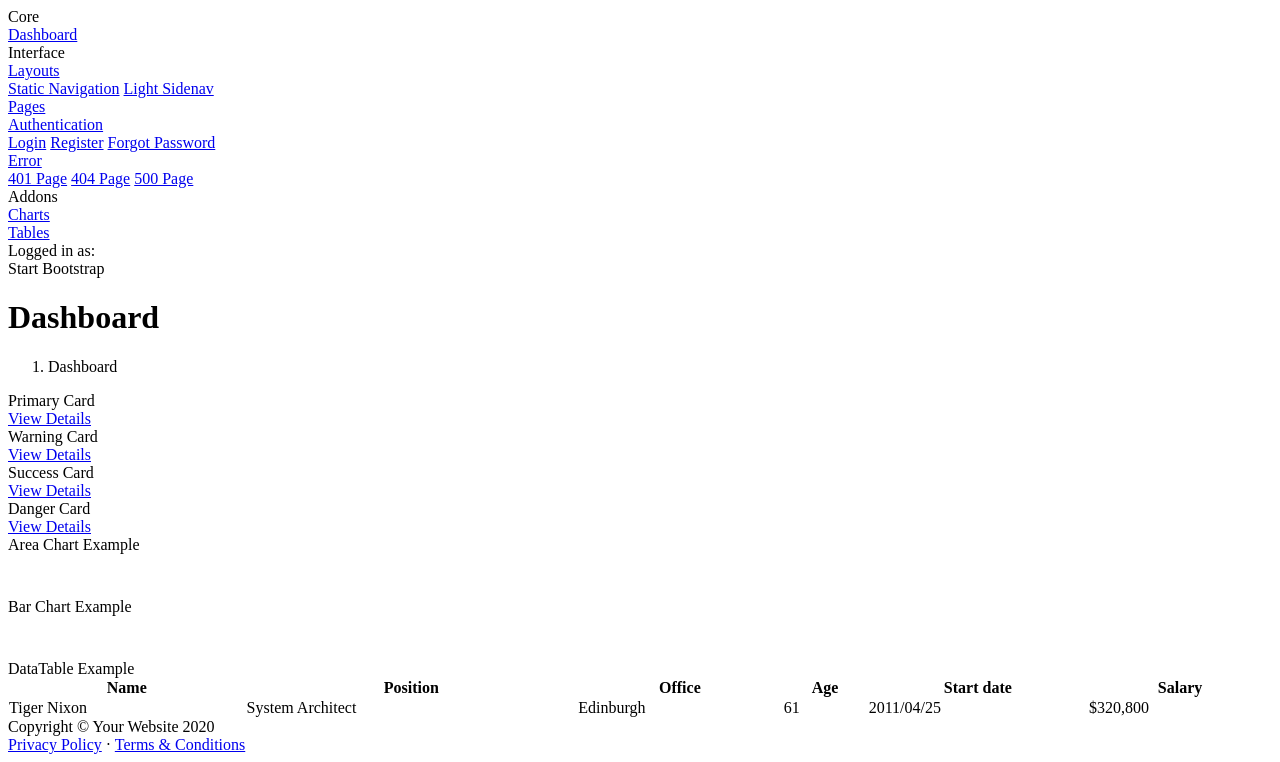
Repository: tampkqn123/springmvc-news
Page: http://localhost/web-news-springmvc/WEB-INF/views/admin/home.jsp
The author's editor kept a copy of each file at every save. The page is drawn from the files as they stood at one save, then again after the next save.
The browser window is 1280 px wide. The pictures show the whole page.
The page is served by Tomcat 9. Nobody is signed in. Other server files are loaded and not shown. The template is opened directly, without the code that normally fills it, so the values that code supplies are empty.

Above is the page before, as saved 2020-09-10 04:41:12.

### web-news-springmvc/src/main/webapp/WEB-INF/views/admin/home.jsp
<%@ page language="java" contentType="text/html; charset=UTF-8" pageEncoding="UTF-8"%>
<!DOCTYPE html>
<html>
<head>
<meta charset="UTF-8">
<title>Insert title here</title>
</head>
<body>
	<div id="layoutSidenav">
		<div id="layoutSidenav_nav">
                <nav class="sb-sidenav accordion sb-sidenav-dark" id="sidenavAccordion">
                    <div class="sb-sidenav-menu">
                        <div class="nav">
                            <div class="sb-sidenav-menu-heading">Core</div>
                            <a class="nav-link" href="index.html">
                                <div class="sb-nav-link-icon"><i class="fas fa-tachometer-alt"></i></div>
                                Dashboard
                            </a>
                            <div class="sb-sidenav-menu-heading">Interface</div>
                            <a class="nav-link collapsed" href="#" data-toggle="collapse" data-target="#collapseLayouts" aria-expanded="false" aria-controls="collapseLayouts">
                                <div class="sb-nav-link-icon"><i class="fas fa-columns"></i></div>
                                Layouts
                                <div class="sb-sidenav-collapse-arrow"><i class="fas fa-angle-down"></i></div>
                            </a>
                            <div class="collapse" id="collapseLayouts" aria-labelledby="headingOne" data-parent="#sidenavAccordion">
                                <nav class="sb-sidenav-menu-nested nav">
                                    <a class="nav-link" href="layout-static.html">Static Navigation</a>
                                    <a class="nav-link" href="layout-sidenav-light.html">Light Sidenav</a>
                                </nav>
                            </div>
                            <a class="nav-link collapsed" href="#" data-toggle="collapse" data-target="#collapsePages" aria-expanded="false" aria-controls="collapsePages">
                                <div class="sb-nav-link-icon"><i class="fas fa-book-open"></i></div>
                                Pages
                                <div class="sb-sidenav-collapse-arrow"><i class="fas fa-angle-down"></i></div>
                            </a>
                            <div class="collapse" id="collapsePages" aria-labelledby="headingTwo" data-parent="#sidenavAccordion">
                                <nav class="sb-sidenav-menu-nested nav accordion" id="sidenavAccordionPages">
                                    <a class="nav-link collapsed" href="#" data-toggle="collapse" data-target="#pagesCollapseAuth" aria-expanded="false" aria-controls="pagesCollapseAuth">
                                        Authentication
                                        <div class="sb-sidenav-collapse-arrow"><i class="fas fa-angle-down"></i></div>
                                    </a>
                                    <div class="collapse" id="pagesCollapseAuth" aria-labelledby="headingOne" data-parent="#sidenavAccordionPages">
                                        <nav class="sb-sidenav-menu-nested nav">
                                            <a class="nav-link" href="login.html">Login</a>
                                            <a class="nav-link" href="register.html">Register</a>
                                            <a class="nav-link" href="password.html">Forgot Password</a>
                                        </nav>
                                    </div>
                                    <a class="nav-link collapsed" href="#" data-toggle="collapse" data-target="#pagesCollapseError" aria-expanded="false" aria-controls="pagesCollapseError">
                                        Error
                                        <div class="sb-sidenav-collapse-arrow"><i class="fas fa-angle-down"></i></div>
                                    </a>
                                    <div class="collapse" id="pagesCollapseError" aria-labelledby="headingOne" data-parent="#sidenavAccordionPages">
                                        <nav class="sb-sidenav-menu-nested nav">
                                            <a class="nav-link" href="401.html">401 Page</a>
                                            <a class="nav-link" href="404.html">404 Page</a>
                                            <a class="nav-link" href="500.html">500 Page</a>
                                        </nav>
                                    </div>
                                </nav>
                            </div>
                            <div class="sb-sidenav-menu-heading">Addons</div>
                            <a class="nav-link" href="charts.html">
                                <div class="sb-nav-link-icon"><i class="fas fa-chart-area"></i></div>
                                Charts
                            </a>
                            <a class="nav-link" href="tables.html">
                                <div class="sb-nav-link-icon"><i class="fas fa-table"></i></div>
                                Tables
                            </a>
                        </div>
                    </div>
                    <div class="sb-sidenav-footer">
                        <div class="small">Logged in as:</div>
                        Start Bootstrap
                    </div>
                </nav>
            </div>
            <div id="layoutSidenav_content">
                <main>
                    <div class="container-fluid">
                        <h1 class="mt-4">Dashboard</h1>
                        <ol class="breadcrumb mb-4">
                            <li class="breadcrumb-item active">Dashboard</li>
                        </ol>
                        <div class="row">
                            <div class="col-xl-3 col-md-6">
                                <div class="card bg-primary text-white mb-4">
                                    <div class="card-body">Primary Card</div>
                                    <div class="card-footer d-flex align-items-center justify-content-between">
                                        <a class="small text-white stretched-link" href="#">View Details</a>
                                        <div class="small text-white"><i class="fas fa-angle-right"></i></div>
                                    </div>
                                </div>
                            </div>
                            <div class="col-xl-3 col-md-6">
                                <div class="card bg-warning text-white mb-4">
                                    <div class="card-body">Warning Card</div>
                                    <div class="card-footer d-flex align-items-center justify-content-between">
                                        <a class="small text-white stretched-link" href="#">View Details</a>
                                        <div class="small text-white"><i class="fas fa-angle-right"></i></div>
                                    </div>
                                </div>
                            </div>
                            <div class="col-xl-3 col-md-6">
                                <div class="card bg-success text-white mb-4">
                                    <div class="card-body">Success Card</div>
                                    <div class="card-footer d-flex align-items-center justify-content-between">
                                        <a class="small text-white stretched-link" href="#">View Details</a>
                                        <div class="small text-white"><i class="fas fa-angle-right"></i></div>
                                    </div>
                                </div>
                            </div>
                            <div class="col-xl-3 col-md-6">
                                <div class="card bg-danger text-white mb-4">
                                    <div class="card-body">Danger Card</div>
                                    <div class="card-footer d-flex align-items-center justify-content-between">
                                        <a class="small text-white stretched-link" href="#">View Details</a>
                                        <div class="small text-white"><i class="fas fa-angle-right"></i></div>
                                    </div>
                                </div>
                            </div>
                        </div>
                        <div class="row">
                            <div class="col-xl-6">
                                <div class="card mb-4">
                                    <div class="card-header">
                                        <i class="fas fa-chart-area mr-1"></i>
                                        Area Chart Example
                                    </div>
                                    <div class="card-body"><canvas id="myAreaChart" width="100%" height="40"></canvas></div>
                                </div>
                            </div>
                            <div class="col-xl-6">
                                <div class="card mb-4">
                                    <div class="card-header">
                                        <i class="fas fa-chart-bar mr-1"></i>
                                        Bar Chart Example
                                    </div>
                                    <div class="card-body"><canvas id="myBarChart" width="100%" height="40"></canvas></div>
                                </div>
                            </div>
                        </div>
                        <div class="card mb-4">
                            <div class="card-header">
                                <i class="fas fa-table mr-1"></i>
                                DataTable Example
                            </div>
                            <div class="card-body">
                                <div class="table-responsive">
                                    <table class="table table-bordered" id="dataTable" width="100%" cellspacing="0">

                                            <tr>
                                                <th>Name</th>
                                                <th>Position</th>
                                                <th>Office</th>
                                                <th>Age</th>
                                                <th>Start date</th>
                                                <th>Salary</th>
                                            </tr>



                                            <tr>
                                                <td>Tiger Nixon</td>
                                                <td>System Architect</td>
                                                <td>Edinburgh</td>
                                                <td>61</td>
                                                <td>2011/04/25</td>
                                                <td>$320,800</td>
                                            </tr>


                                    </table>
                                </div>
                            </div>
                        </div>
                    </div>
                </main>
                <footer class="py-4 bg-light mt-auto">
                    <div class="container-fluid">
                        <div class="d-flex align-items-center justify-content-between small">
                            <div class="text-muted">Copyright &copy; Your Website 2020</div>
                            <div>
                                <a href="#">Privacy Policy</a>
                                &middot;
                                <a href="#">Terms &amp; Conditions</a>
                            </div>
                        </div>
                    </div>
                </footer>

            </div>
	</div>
</body>
</html>

After the next save:
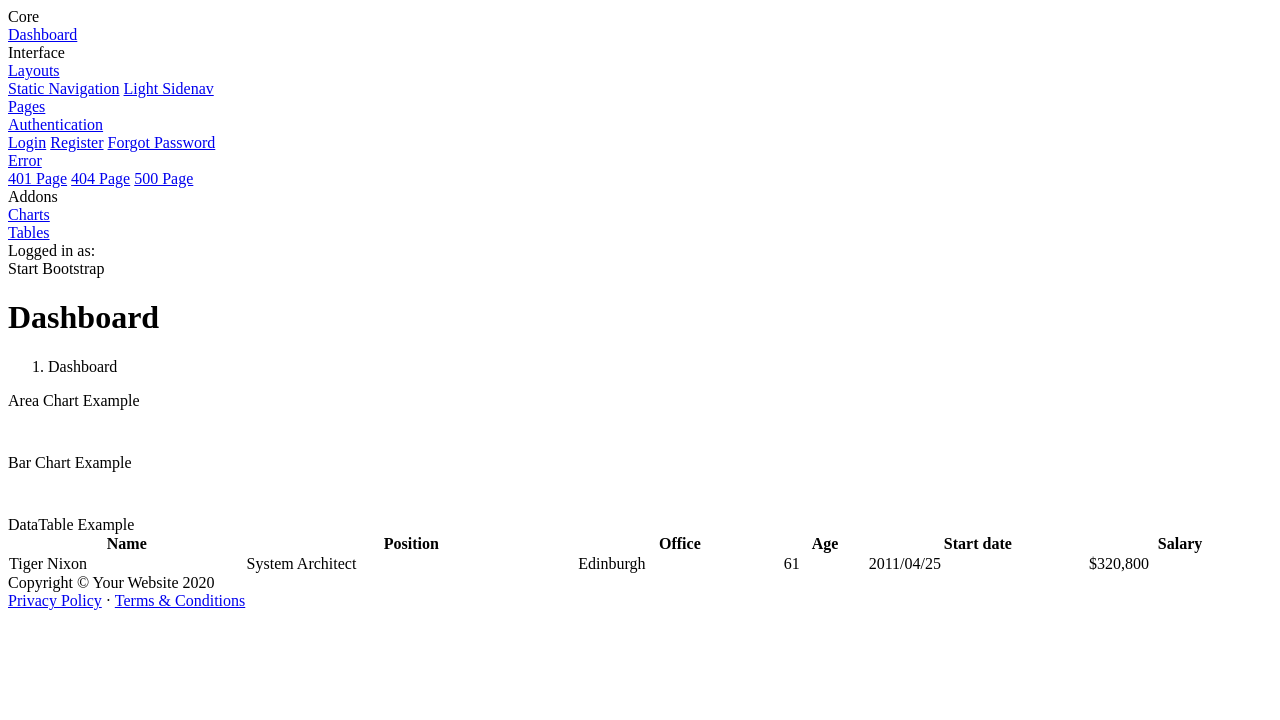
Saved 94 s later.
--- a/web-news-springmvc/src/main/webapp/WEB-INF/views/admin/home.jsp
+++ b/web-news-springmvc/src/main/webapp/WEB-INF/views/admin/home.jsp
@@ -83,44 +83,7 @@
                         <ol class="breadcrumb mb-4">
                             <li class="breadcrumb-item active">Dashboard</li>
                         </ol>
-                        <div class="row">
-                            <div class="col-xl-3 col-md-6">
-                                <div class="card bg-primary text-white mb-4">
-                                    <div class="card-body">Primary Card</div>
-                                    <div class="card-footer d-flex align-items-center justify-content-between">
-                                        <a class="small text-white stretched-link" href="#">View Details</a>
-                                        <div class="small text-white"><i class="fas fa-angle-right"></i></div>
-                                    </div>
-                                </div>
-                            </div>
-                            <div class="col-xl-3 col-md-6">
-                                <div class="card bg-warning text-white mb-4">
-                                    <div class="card-body">Warning Card</div>
-                                    <div class="card-footer d-flex align-items-center justify-content-between">
-                                        <a class="small text-white stretched-link" href="#">View Details</a>
-                                        <div class="small text-white"><i class="fas fa-angle-right"></i></div>
-                                    </div>
-                                </div>
-                            </div>
-                            <div class="col-xl-3 col-md-6">
-                                <div class="card bg-success text-white mb-4">
-                                    <div class="card-body">Success Card</div>
-                                    <div class="card-footer d-flex align-items-center justify-content-between">
-                                        <a class="small text-white stretched-link" href="#">View Details</a>
-                                        <div class="small text-white"><i class="fas fa-angle-right"></i></div>
-                                    </div>
-                                </div>
-                            </div>
-                            <div class="col-xl-3 col-md-6">
-                                <div class="card bg-danger text-white mb-4">
-                                    <div class="card-body">Danger Card</div>
-                                    <div class="card-footer d-flex align-items-center justify-content-between">
-                                        <a class="small text-white stretched-link" href="#">View Details</a>
-                                        <div class="small text-white"><i class="fas fa-angle-right"></i></div>
-                                    </div>
-                                </div>
-                            </div>
-                        </div>
+
                         <div class="row">
                             <div class="col-xl-6">
                                 <div class="card mb-4">
